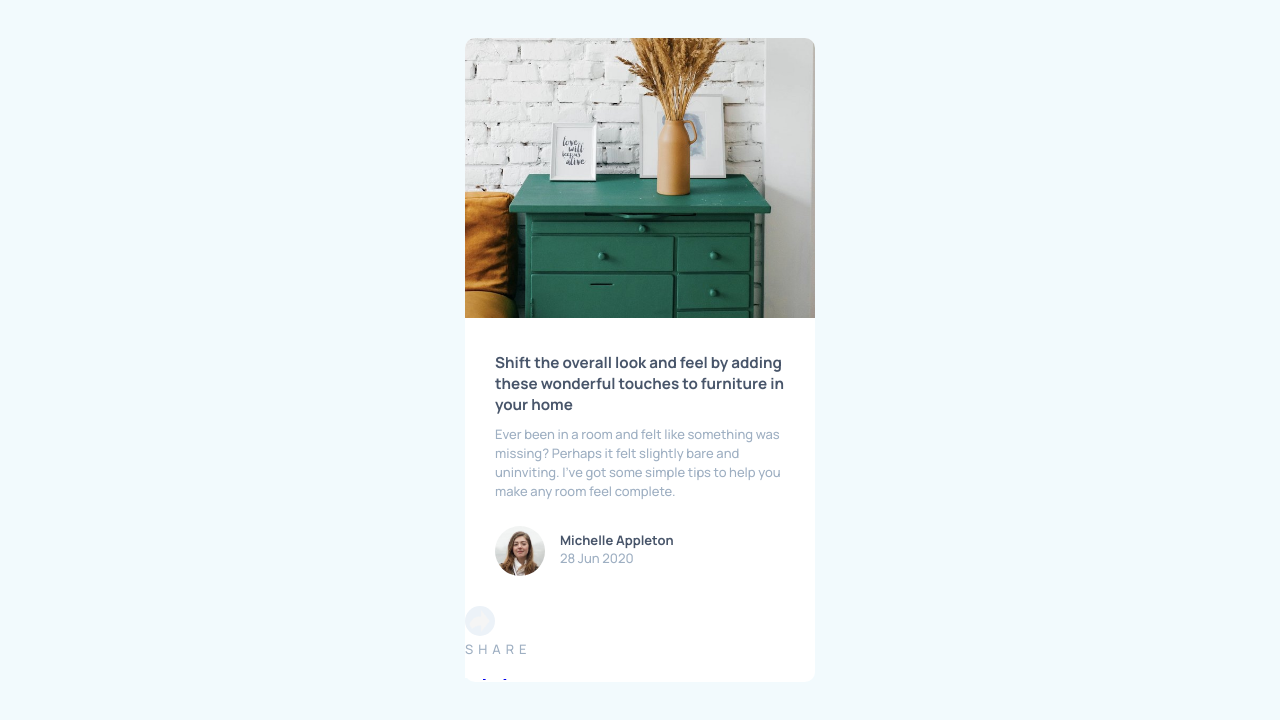
Repository: ellenliao95/frontend-mentor-solution
Page: article-preview-component-master/index.html
These files come from the project's save history. The page is drawn as it stood at one moment and after the next save; the edit follows.
The browser window is 1280 px wide. The pictures show the whole page.

Above is the page before, as saved 2023-03-21 12:03:49.

After the next save:
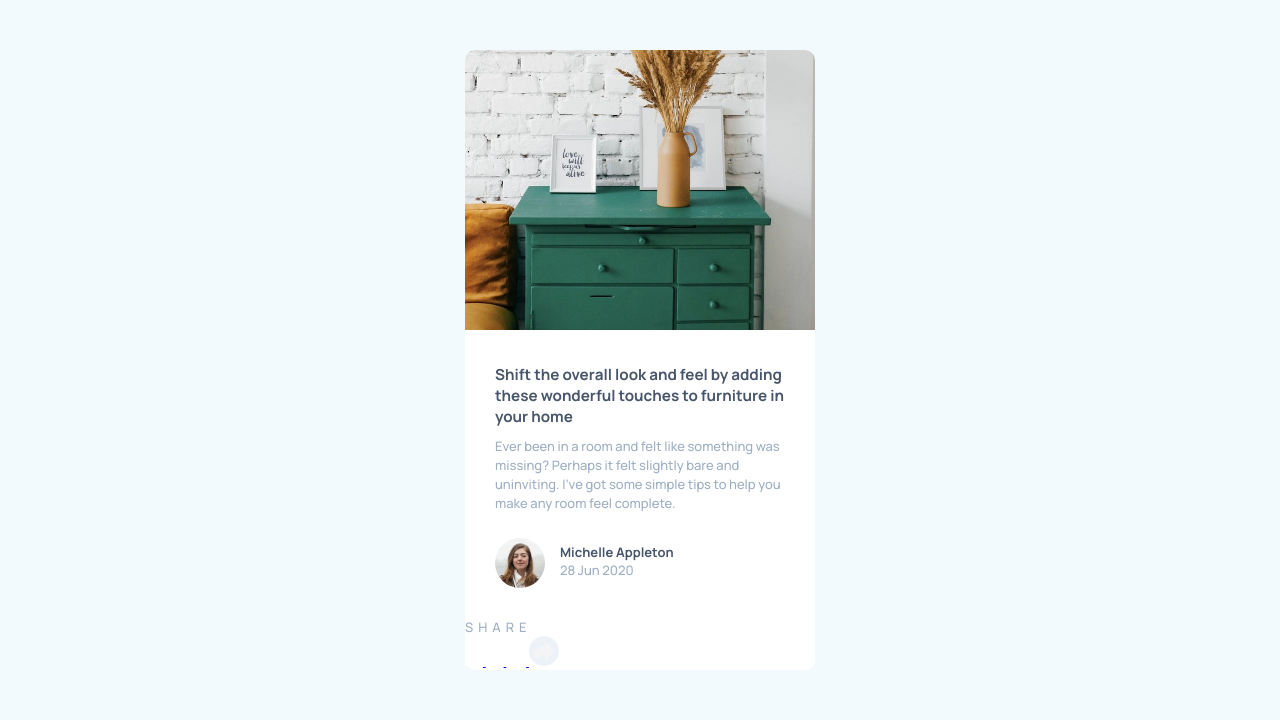
Saved 15 s later.
--- a/article-preview-component-master/index.html
+++ b/article-preview-component-master/index.html
@@ -45,11 +45,6 @@
       </div>
     </article>
     <div class="share-dtl">
-    <a href="#">
-      <img
-      src="images/icon-share.svg" alt="icon share"
-      class="share">
-    </a>
       <p>SHARE</p>
       <a href="#">
         <img src="images/icon-facebook.svg" alt="icon facebook ">
@@ -60,6 +55,11 @@
       <a href="#">
         <img src="images/icon-pinterest.svg" alt="icon-pinterest">
       </a>
+      <a href="#">
+        <img
+        src="images/icon-share.svg" alt="icon share"
+        class="share">
+      </a>
     </div>
 </div>
 </body>
